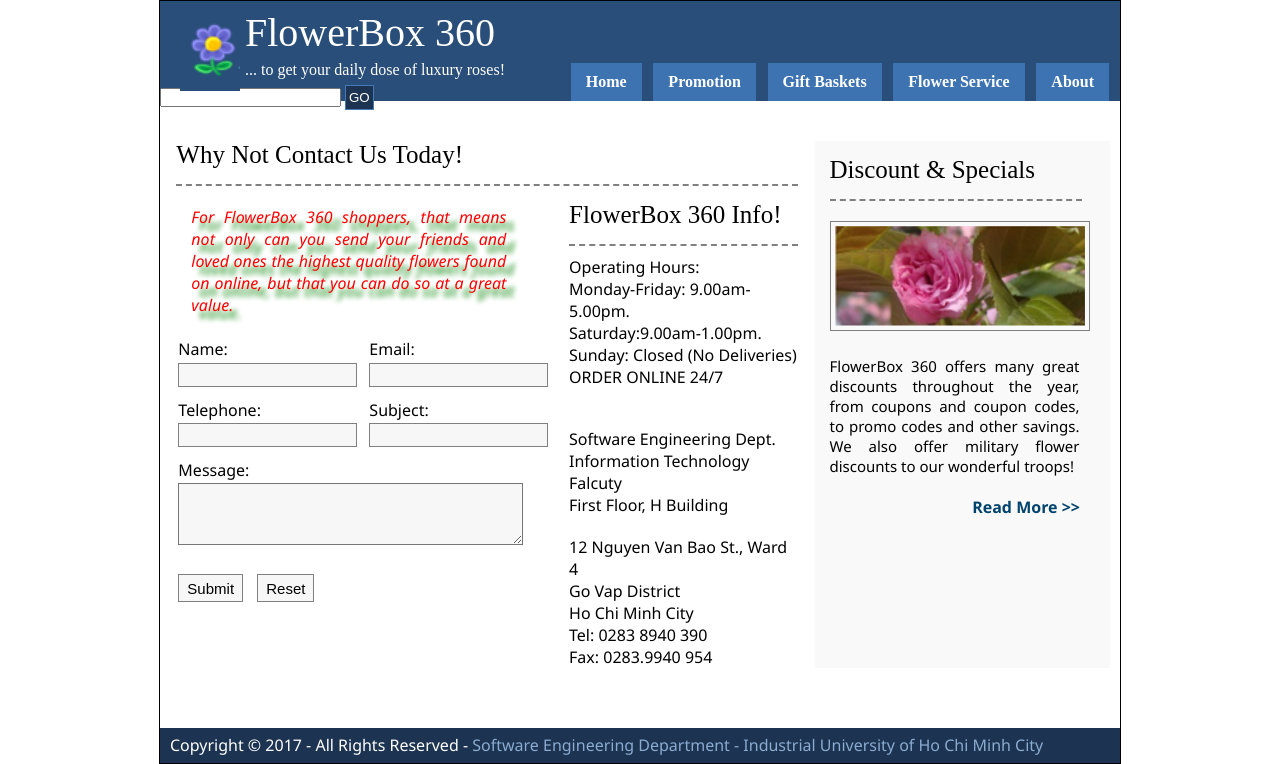
Repository: thu1365/BTKT_WEB
Page: HTML/btkt.html
The author's editor kept a copy of each file at every save. The page is drawn from the files as they stood at one save, then again after the next save.
The browser window is 1280 px wide. The pictures show the whole page.

Above is the page before, as saved 2023-03-11 20:37:13.

### HTML/btkt.html
<!DOCTYPE html>
<html lang="en">

<head>
    <meta charset="UTF-8">
    <meta http-equiv="X-UA-Compatible" content="IE=edge">
    <meta name="viewport" content="width=device-width, initial-scale=1.0">
    <title>21025781-Lê Minh Thư</title>
    <style>
        * {
            padding: 0;
            margin: 0 auto;
        }

        .wrapper {
            width: 960px;
            background-color: #fff;
            border: 1px solid black;
        }

        header {
            position: relative;
            width: 960px;
            height: 100px;
            background-color: #294e79;
        }

        .logo {
            position: relative;
            left: 20px;
            top: 10px;
            width: 60px;
            height: 80px;
        }

        .name1 {
            font-size: 40px;
            color: #fff;
            position: absolute;
            left: 85px;
            top: 8px;
        }

        .name2 {
            color: #fff;
            position: absolute;
            left: 85px;
            top: 60px;
        }

        #search_form {
            background-color: #1c3451;
            border: 1px solid #4579b7;
            color: #fff;
            margin-right: 15px;
            height: 25px;
        }

        #search1::placeholder {
            padding-left: 5px;
            color: #fff;
        }

        #search2 {
            background-color: #1c3451;
            border: 1px solid #4579b7;
            color: #fff;
            height: 25px;
            padding: 0 3px;
        }

        .seach_form {
            position: absolute;
            top: 10px;
            right: 10px;
        }

        .nav {
            display: flex;
            width: 550px;
            position: absolute;
            bottom: 0px;
            right: 5px;
        }

        .nav_item {
            position: relative;
            padding: 10px 15px;
            background-color: #3d73b1;
        }

        .nav_item:hover {
            background-color: #8babd0;
        }

        .nav_item a {
            color: white;
            font-weight: bold;
            text-decoration: none;
        }

        .nav_subnav {
            display: none;
            position: absolute;
            top: 39px;
            left: 0px;
            width: 180px;
            height: 60px;
            background-color: #8babd0;
        }

        .nav_subnav_item {
            box-sizing: border-box;
            padding-left: 15px;
            line-height: 30px;
            height: 50%;
            border: 1px solid rgb(158, 196, 240);
        }

        .nav_item:hover .nav_subnav {
            display: block;
            background-color: #9bbbe0;
        }

        .nav_subnav_item:hover {
            background-color: #edf6ff;
            cursor: pointer;
        }

        .container {
            font-family: 'Segoe UI', Tahoma, Geneva, Verdana, sans-serif;
            padding-bottom: 60px;
            width: 100%;
            display: flex;
        }

        .left_cnt {
            display: flex;
            width: 70%;
            justify-content: space-between;
            flex-wrap: wrap;
        }

        .c1 {
            width: 55%;
        }

        .c2 {
            width: 35%;
        }

        .c3 {
            background-color: #f9f9f9;
            width: 30%;
            padding-left: 15px;
            margin-top: 40px;
            margin-right: 10px;
        }

        .main_para {
            font-family: 'Times New Roman', Times, serif;
            width: 95%;
            padding: 40px 0px 15px 0px;
            font-size: 25px;
            font-weight: 400;
            border-bottom: 2px dashed gray;
        }

        .c1_para {
            padding: 20px 30px 20px 15px;
            text-align: justify;
            color: red;
            font-style: italic;
            font-family: 'Segoe UI', Tahoma, Geneva, Verdana, sans-serif;
            text-shadow: 8px 8px 5px green;
            font-weight: 450;
        }

        table input {
            height: 22px;
            margin-right: 10px;
            margin-bottom: 10px;
            background-color: #f7f7f7;
            border: 1px solid gray;
        }

        table textarea {
            background-color: #f7f7f7;
        }

        .c1_btn {
            box-sizing: border-box;
            margin-top: 20px;
            height: 28px;
            font-size: 15px;
            padding: 0 8px;
            line-height: 28px;
            border: 1px solid gray;
        }

        .c2_para {
            font-family: 'Times New Roman', Times, serif;
            padding: 15px 0px 15px;
            width: 100%;
            font-size: 25px;
            font-weight: 400;
            border-bottom: 2px dashed gray;
        }

        .c2_des1 {
            font-family: 'Segoe UI', Tahoma, Geneva, Verdana, sans-serif;
            padding: 10px 0 40px 0;
        }

        .c2_des2 {
            font-family: 'Segoe UI', Tahoma, Geneva, Verdana, sans-serif;
        }

        .c2_des3 {
            font-family: 'Segoe UI', Tahoma, Geneva, Verdana, sans-serif;
            padding-top: 20px;
        }

        .c3_para {
            font-family: 'Times New Roman', Times, serif;
            padding: 15px 0px 15px;
            width: 90%;
            margin-right: 30px;
            font-size: 25px;
            font-weight: 400;
            border-bottom: 2px dashed gray;
        }

        .c3_img {
            width: 250px;
            height: 100px;
            padding: 4px;
            margin: 20px 0;
            border: 1px solid gray;
        }

        .c3_des {
            width: 250px;
            margin-right: 30px;
            float: left;
            text-align: justify;
            font-family: 'Segoe UI', Tahoma, Geneva, Verdana, sans-serif;
            font-size: 15px;
            display: block;
        }

        .c3_link {
            color: #00436d;
            font-weight: bold;
            margin-right: 30px;
            float: right;
            padding-top: 20px;
            text-decoration: none;
        }

        footer {
            background-color: #1c3451;
            height: 35px;
        }

        #footer_line {
            font-family: 'Segoe UI', Tahoma, Geneva, Verdana, sans-serif;
            padding-left: 10px;
            color: #8babd0;
            line-height: 35px;
        }

        #footer_line .white {
            color: #fff;
        }
    </style>
</head>

<body>
    <div class="wrapper">
        <header>
            <img src="/IMAGE/AnhLogo.PNG" alt="" class="logo">
            <p class="name1">FlowerBox 360</p>
            <p class="name2">... to get your daily dose of luxury roses!</p>
            <form action="" class="search_form">
                <input type="text" name="" id="search1" placeholder="Seach the site...">
                <input id="search2" type="button" value="GO">
            </form>
            <div class="nav">
                <div class="nav_item"><a href="">Home</a></div>
                <div class="nav_item"><a href="">Promotion</a></div>
                <div class="nav_item"><a href="">Gift Baskets</a></div>
                <div class="nav_item"><a href="">Flower Service</a>
                    <div class="nav_subnav">
                        <div class="nav_subnav_item">Flower for Wedding</div>
                        <div class="nav_subnav_item">Flower for Conference</div>

                    </div>
                </div>
                <div class="nav_item"><a href="">About</a></div>
            </div>
        </header>
        <div class="container">
            <div class="left_cnt">
                <p class="main_para">Why Not Contact Us Today!</p>
                <div class="c1">
                    <p class="c1_para">For FlowerBox 360 shoppers, that means not only can you send your friends and loved ones the highest quality flowers found on online, but that you can do so at a great value.</p>
                    <form action="" class="c1_form">
                        <table>
                            <tr>
                                <td><label for="name_ip">Name:</label></td>
                                <td><label for="mail_ip">Email:</label></td>
                            </tr>
                            <tr>
                                <td><input type="text" name="" id="name_ip"></td>
                                <td><input type="email" name="" id="mail_ip"></td>
                            </tr>
                            <tr>
                                <td><label for="tel_ip">Telephone:</label></td>
                                <td><label for="sub_ip">Subject:</label></td>
                            </tr>
                            <tr>
                                <td><input type="tel" name="" id="tel_ip"></td>
                                <td><input type="text" name="" id="sub_ip"></td>
                            </tr>
                            <tr>
                                <td colspan="2"><label for="mess_ip">Message:</label></td>
                            </tr>
                            <tr>
                                <td colspan="2"> <textarea name="" id="mess_ip" cols="41" rows="4"></textarea></td>
                            </tr>
                            <tr>
                                <tr>
                                    <td><input class="c1_btn" type="button" value="Submit"> <input class="c1_btn" type="button" value="Reset"></td>
                                </tr>
                            </tr>
                        </table>

                    </form>
                </div>
                <div class="c2">
                    <p class="c2_para">FlowerBox 360 Info!</p>
                    <p class="c2_des1">Operating Hours: <br> Monday-Friday: 9.00am-5.00pm.<br> Saturday:9.00am-1.00pm.
                        <br> Sunday: Closed (No Deliveries)<br> ORDER ONLINE 24/7
                    </p>
                    <p class="c2_des2">
                        Software Engineering Dept. <br> Information Technology Falcuty<br> First Floor, H Building
                    </p>
                    <p class="c2_des3">
                        12 Nguyen Van Bao St., Ward 4<br> Go Vap District<br> Ho Chi Minh City<br> Tel: 0283 8940 390<br> Fax: 0283.9940 954
                    </p>


                </div>
            </div>
            <div class="c3">
                <p class="c3_para">Discount & Specials</p>
                <img src="/IMAGE/Hoa.jpg" alt="" class="c3_img">
                <p class="c3_des">FlowerBox 360 offers many great discounts throughout the year, from coupons and coupon codes, to promo codes and other savings. We also offer military flower discounts to our wonderful troops!</p>
                <a class="c3_link" href="">Read More >></a>
            </div>
        </div>
        <footer>
            <p id="footer_line"><span class="white">Copyright © 2017 - All Rights Reserved -</span> Software Engineering Department - Industrial University of Ho Chi Minh City</p>
        </footer>
    </div>
</body>

</html>

After the next save:
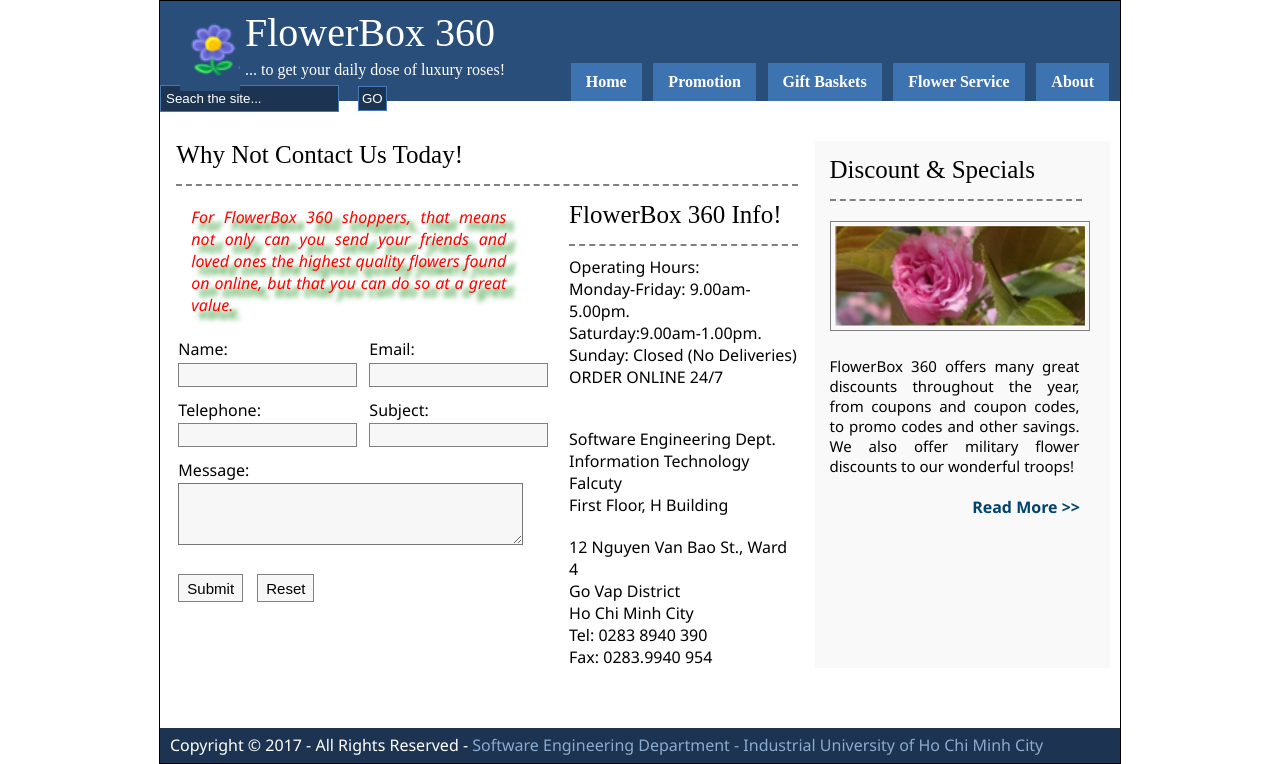
Saved 17 s later.
--- a/HTML/btkt.html
+++ b/HTML/btkt.html
@@ -48,7 +48,7 @@
             top: 60px;
         }
 
-        #search_form {
+        #seach_form_inp {
             background-color: #1c3451;
             border: 1px solid #4579b7;
             color: #fff;
@@ -56,12 +56,12 @@
             height: 25px;
         }
 
-        #search1::placeholder {
+        #seach_form_inp::placeholder {
             padding-left: 5px;
             color: #fff;
         }
 
-        #search2 {
+        #seach_form_btn {
             background-color: #1c3451;
             border: 1px solid #4579b7;
             color: #fff;
@@ -283,8 +283,8 @@
             <p class="name1">FlowerBox 360</p>
             <p class="name2">... to get your daily dose of luxury roses!</p>
             <form action="" class="search_form">
-                <input type="text" name="" id="search1" placeholder="Seach the site...">
-                <input id="search2" type="button" value="GO">
+                <input type="text" name="" id="seach_form_inp" placeholder="Seach the site...">
+                <input id="seach_form_btn" type="button" value="GO">
             </form>
             <div class="nav">
                 <div class="nav_item"><a href="">Home</a></div>
